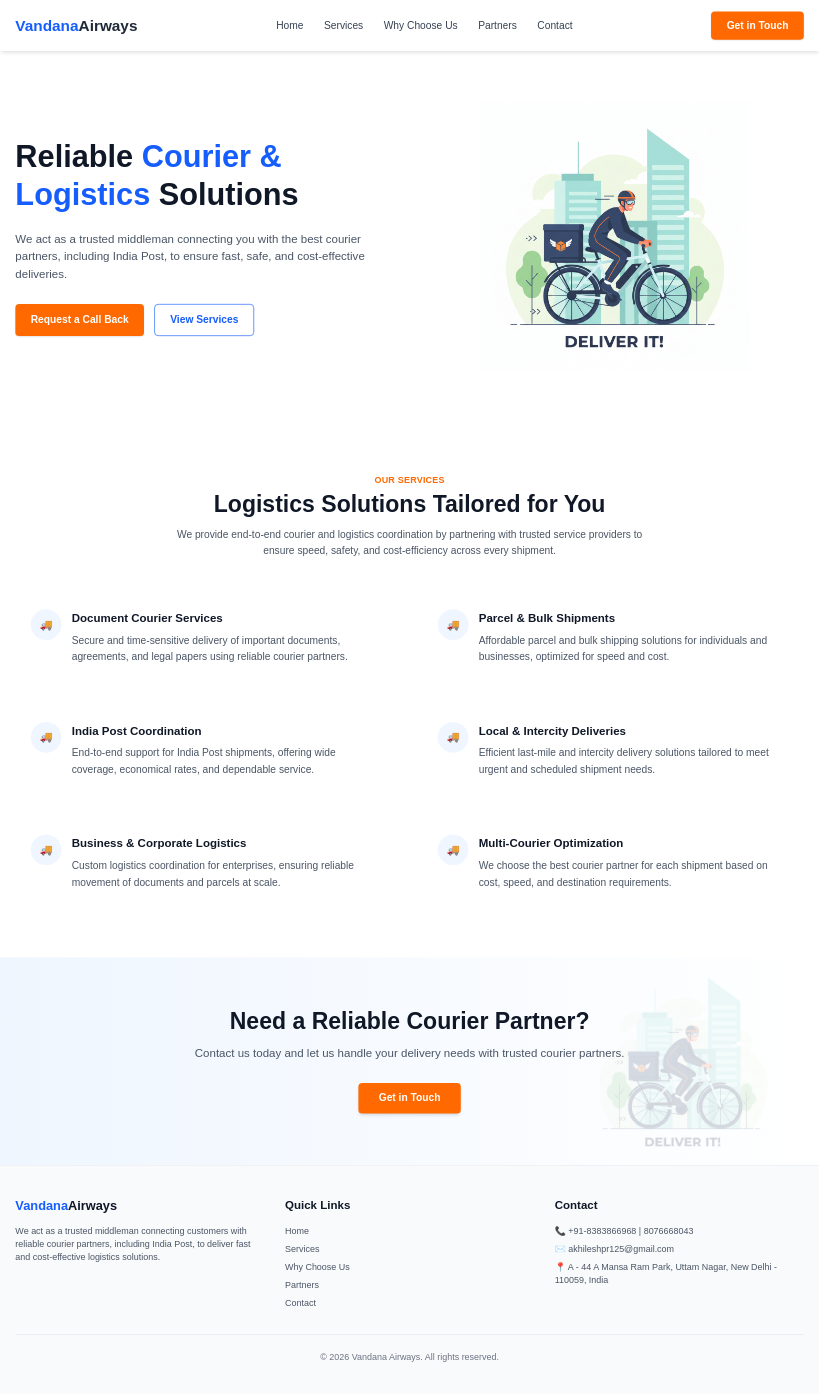
Repository: Rohit-foryou/Courier-Portfolio
Page: /
The author's editor kept a copy of each file at every save. The page is drawn from the files as they stood at one save, then again after the next save.
The browser window is 1280 px wide. The pictures show the whole page, at 64% of full size.
The project was rebuilt for these pictures with package versions that can differ from the ones it lists, and the page was loaded fresh each time. The framework's server and built-in components were replaced by stand-ins that run in the browser. Also part of the build but not shown: next.config.ts.

Above is the page before, as saved 2026-02-09 22:43:35.

After the next save:
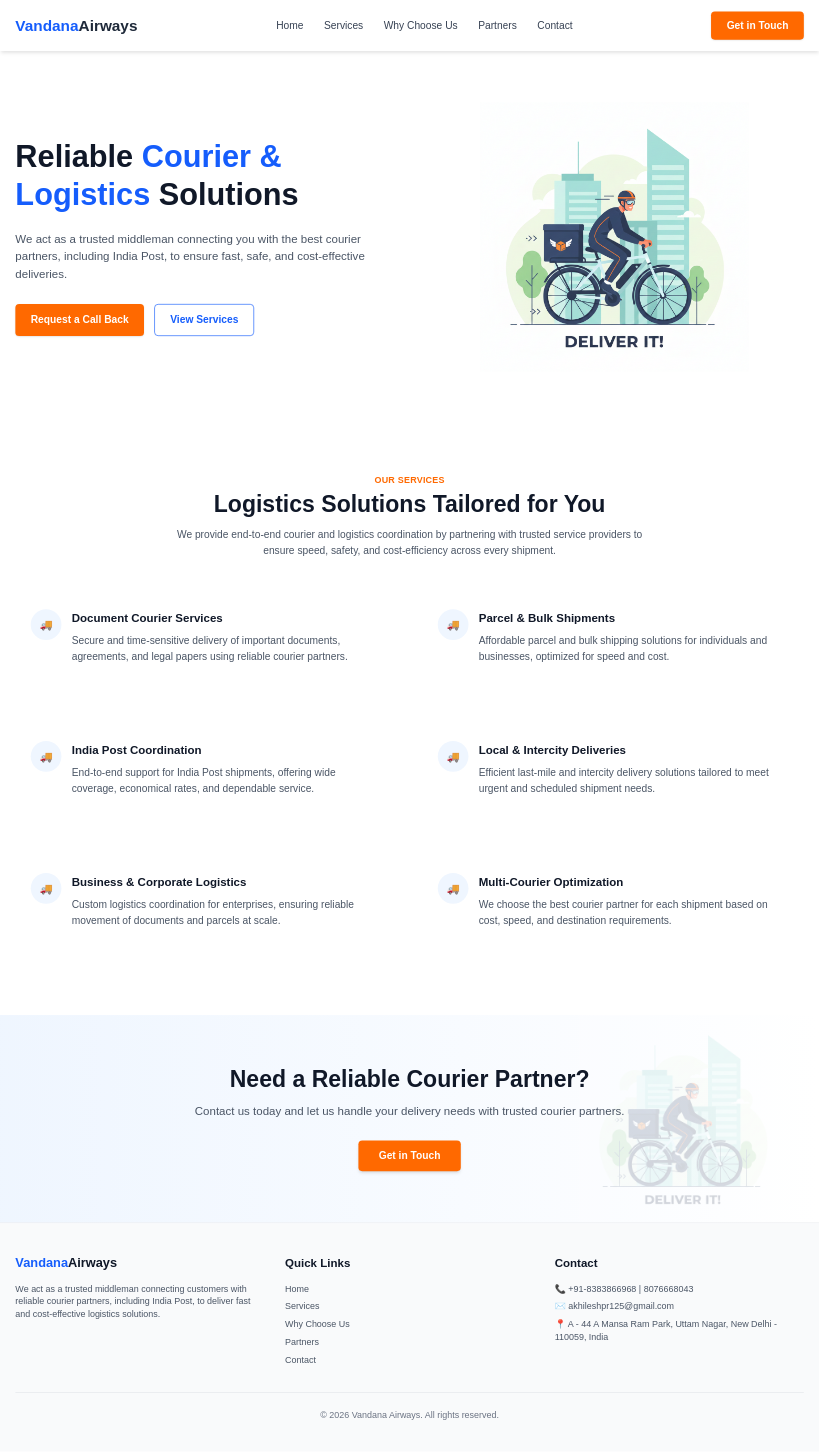
Saved 2 min 17 s later.
--- a/components/ServiceCard.tsx
+++ b/components/ServiceCard.tsx
@@ -25,6 +25,11 @@
         <p className="mt-2 text-gray-600 leading-relaxed">
           {description}
         </p>
+
+        {/* Arrow */}
+        <div className="mt-3 text-orange-500 opacity-0 group-hover:opacity-100 transition">
+          <ArrowRight size={18} />
+        </div>
       </div>
     </div>
   );
